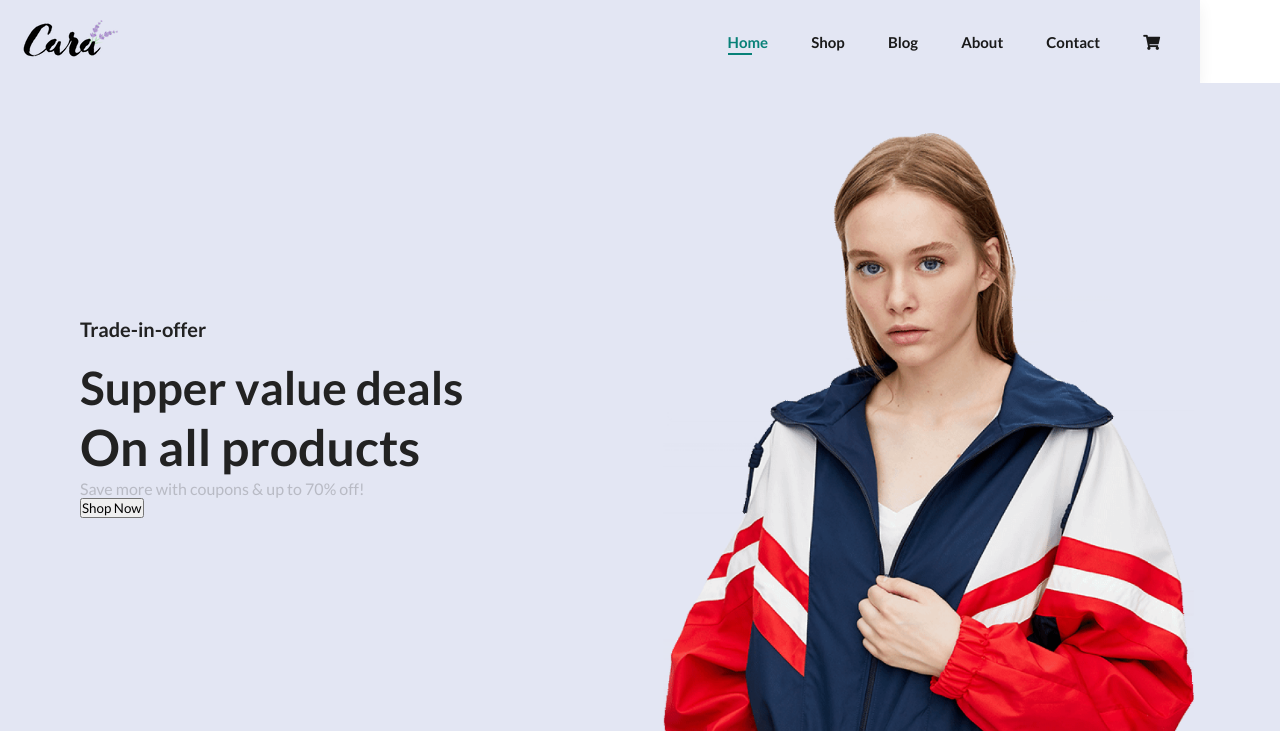
Repository: Nguyenductuan-dev/Website-Clothes
Page: index.html
An editor plug-in stored every save of this project. The page is shown before and after the next save, followed by the edit.
The browser window is 1280 px wide. The pictures show the whole page.

Above is the page before, as saved 2022-04-22 20:55:01.

After the next save:
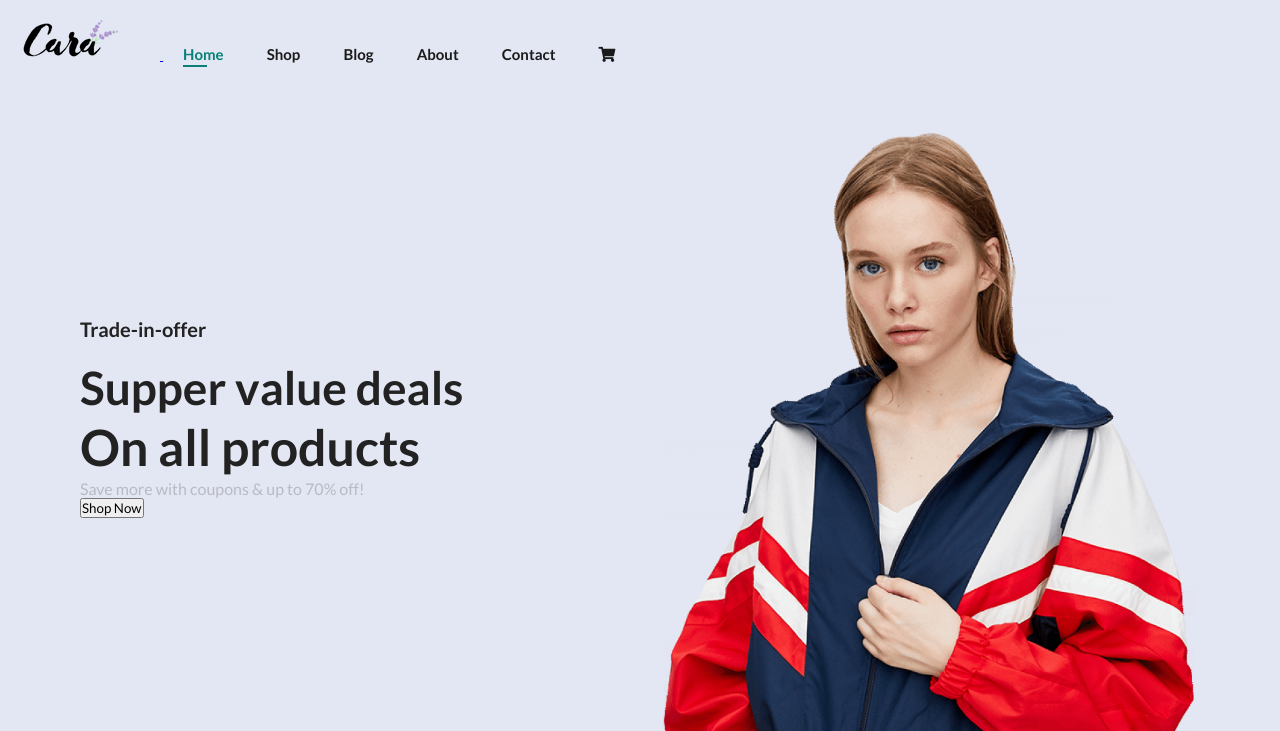
Saved 3 min 6 s later.
--- a/index.html
+++ b/index.html
@@ -14,34 +14,36 @@
 </head>
 <body>
     <!-- ======================= HEADER ====================== -->
-    <header class="header container" id="header">
-        <a href="index.html" class="header__logo">
-            <img src="assets/images/logo.png" alt="" class="header__logo-img">
-        </a>
+    <header class="header " id="header">
+        <div class="header__container">
+            <a href="index.html" class="header__logo">
+                <img src="assets/images/logo.png" alt="" class="header__logo-img">
+            </a>
 
-        <div class="navbar" id="navbar">
-            <ul class="navbar__list">
-                <li class="navbar__item ">
-                    <a href="index.html" class="navbar__link navbar__active">Home</a>
-                </li>
-                <li class="navbar__item">
-                    <a href="shop.html" class="navbar__link">Shop</a>
-                </li>
-                <li class="navbar__item">
-                    <a href="blog.html" class="navbar__link">Blog</a>
-                </li>
-                <li class="navbar__item">
-                    <a href="about.html" class="navbar__link">About</a>
-                </li>
-                <li class="navbar__item">
-                    <a href="contact.html" class="navbar__link">Contact</a>
-                </li>
-                <li class="navbar__item">
-                    <a href="cart.html" class="navbar__link">
-                        <i class="fas fa-shopping-cart"></i>
-                    </a>
-                </li>
-            </ul>
+            <div class="navbar" id="navbar">
+                <ul class="navbar__list">
+                    <li class="navbar__item ">
+                        <a href="index.html" class="navbar__link navbar__active">Home</a>
+                    </li>
+                    <li class="navbar__item">
+                        <a href="shop.html" class="navbar__link">Shop</a>
+                    </li>
+                    <li class="navbar__item">
+                        <a href="blog.html" class="navbar__link">Blog</a>
+                    </li>
+                    <li class="navbar__item">
+                        <a href="about.html" class="navbar__link">About</a>
+                    </li>
+                    <li class="navbar__item">
+                        <a href="contact.html" class="navbar__link">Contact</a>
+                    </li>
+                    <li class="navbar__item">
+                        <a href="cart.html" class="navbar__link">
+                            <i class="fas fa-shopping-cart"></i>
+                        </a>
+                    </li>
+                </ul>
+            </div>
         </div>
     </header>
 
